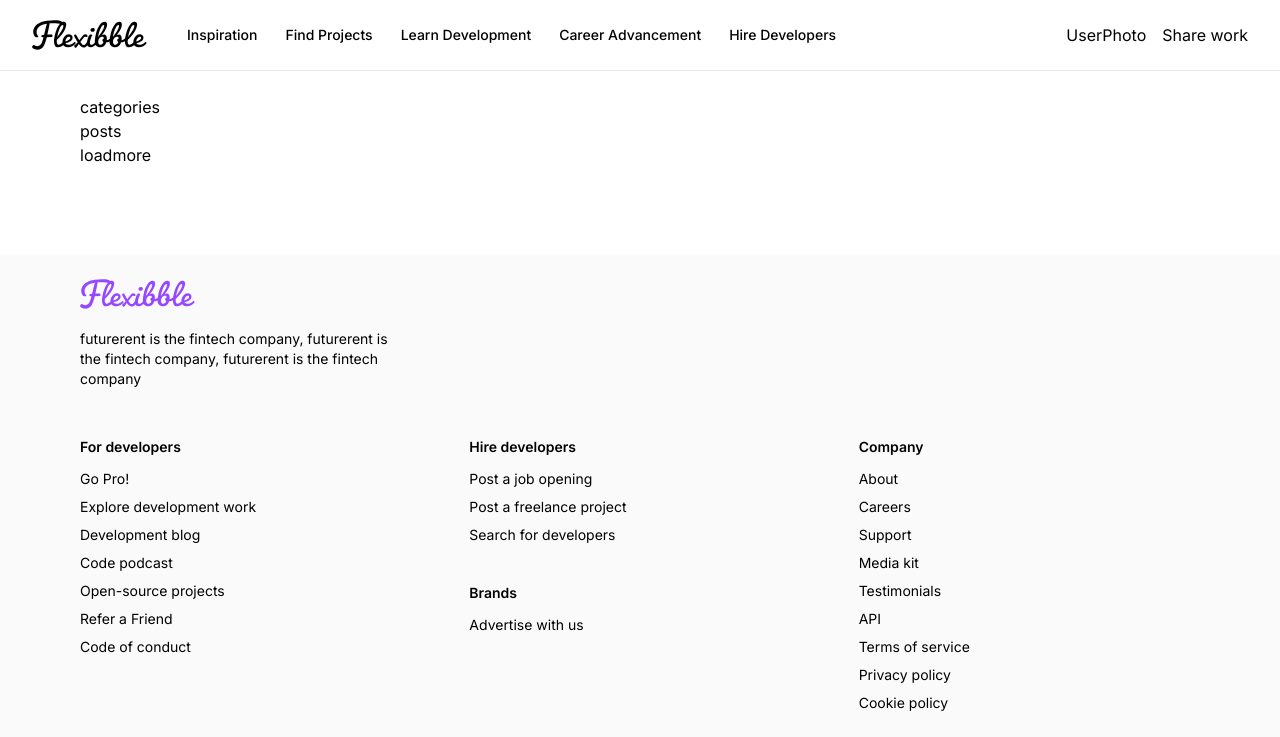
Repository: cicifuture/grafbase_proj
Page: /
An editor plug-in stored every save of this project. The page is shown before and after the next save, followed by the edit.
The browser window is 1280 px wide. The pictures show the whole page.
The project was rebuilt for these pictures with package versions that can differ from the ones it lists, and the page was loaded fresh each time. The framework's server and built-in components were replaced by stand-ins that run in the browser. Also part of the build but not shown: next.config.js, components/AuthProviders.tsx.

Above is the page before, as saved 2023-09-26 11:45:47.

### components/Navbar.tsx
import React from 'react'
import Link from 'next/link'
import Image from 'next/image'
import { NavLinks } from '@/constant'
import AuthProviders from './AuthProviders'
const Navbar = () => {
  const session = {}
  return (
    <nav>
        <div className= 'flexBetween navbar'>
            <div className='flex-1 flexStart gap-10'>
                <Link href= '/'>
                    <Image
                        src='/logo.svg'
                        width={115}
                        height={43}
                        alt='Flexibble'/>
                </Link>
                <ul className = 'xl:flex hidden text-small gap-7'>
                  {NavLinks.map((link)=>(<Link href={link.href} key={link.key}>{link.text}</Link>))}
                </ul>
            </div>
            <div className='flexCenter gap-4'>
              {session ? (
                <>
                UserPhoto
                <Link href='/create-project'>Share work</Link>
                </>) : (<AuthProviders />)
                }
            </div>
        </div>
    </nav>
  )
}

export default Navbar

### components/Footer.tsx
import React from 'react'
import Image from 'next/image'
import Link from 'next/link';
import { footerLinks } from '@/constant';


type ColumnProps = {
  title:string;
  links:Array<string>;
}

const FooterColumn = ({title,links}:ColumnProps) => (
  <div className='footer_column'>
    <h4 className='font-semibold'>{title}</h4>
    <ul className='flex flex-col gap-2 font-normal'>{links.map((link)=><Link href='/' key={link}>{link}</Link>)}</ul>
  </div>
)
const Footer = () => {
  return (
    <footer className='flexStart footer'>
      <div className='flex flex-col gap-12 w-full'>
        <div className='flex items-start flex-col'>
          <Image src='/logo-purple.svg'
                width={115}
                height={38}
                alt="Flexibble"/>
          <p className='text-start text-sm font-normal mt-5 max-w-xs'>futurerent is the fintech company, futurerent is the fintech company, futurerent is the fintech company</p>
        </div>
        <div className='flex flex-wrap gap-12'>
          <FooterColumn title={footerLinks[0].title} links={footerLinks[0].links}/>
          <div className='flex-1 flex flex-col gap-4'>
          <FooterColumn title={footerLinks[1].title} links={footerLinks[1].links}/>
          <FooterColumn title={footerLinks[2].title} links={footerLinks[2].links}/>
          </div>
          <FooterColumn title={footerLinks[3].title} links={footerLinks[3].links}/>
        </div>
      </div>
    </footer>


  )
}

export default Footer

Loaded but not shown: app/layout.tsx (common file); app/page.tsx (common file); app/globals.css (common file); constant/index.ts (common file); tailwind.config.ts (common file)

After the next save:
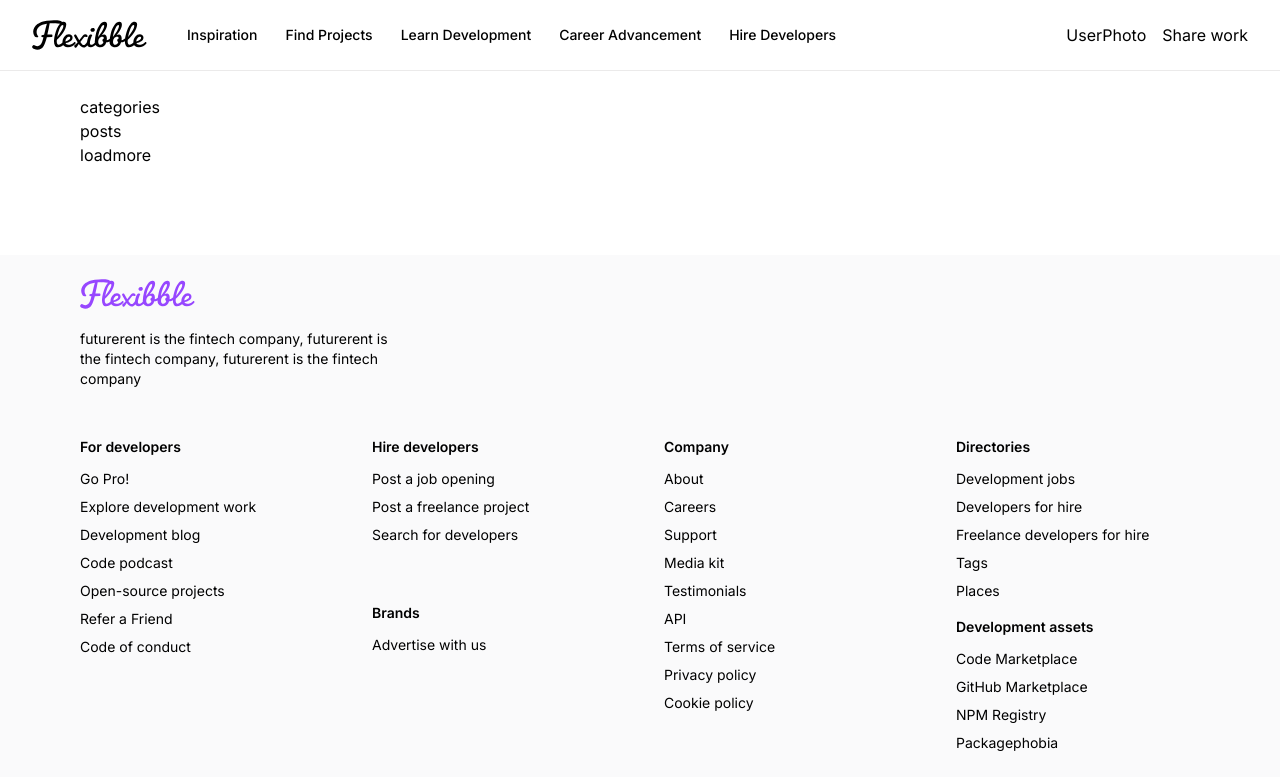
Saved 62 s later.
--- a/components/Footer.tsx
+++ b/components/Footer.tsx
@@ -33,6 +33,10 @@
           <FooterColumn title={footerLinks[2].title} links={footerLinks[2].links}/>
           </div>
           <FooterColumn title={footerLinks[3].title} links={footerLinks[3].links}/>
+          <div className='flex-1 flex flex-col gap-4'>
+          <FooterColumn title={footerLinks[4].title} links={footerLinks[4].links}/>
+          <FooterColumn title={footerLinks[5].title} links={footerLinks[5].links}/>
+          </div>
         </div>
       </div>
     </footer>
